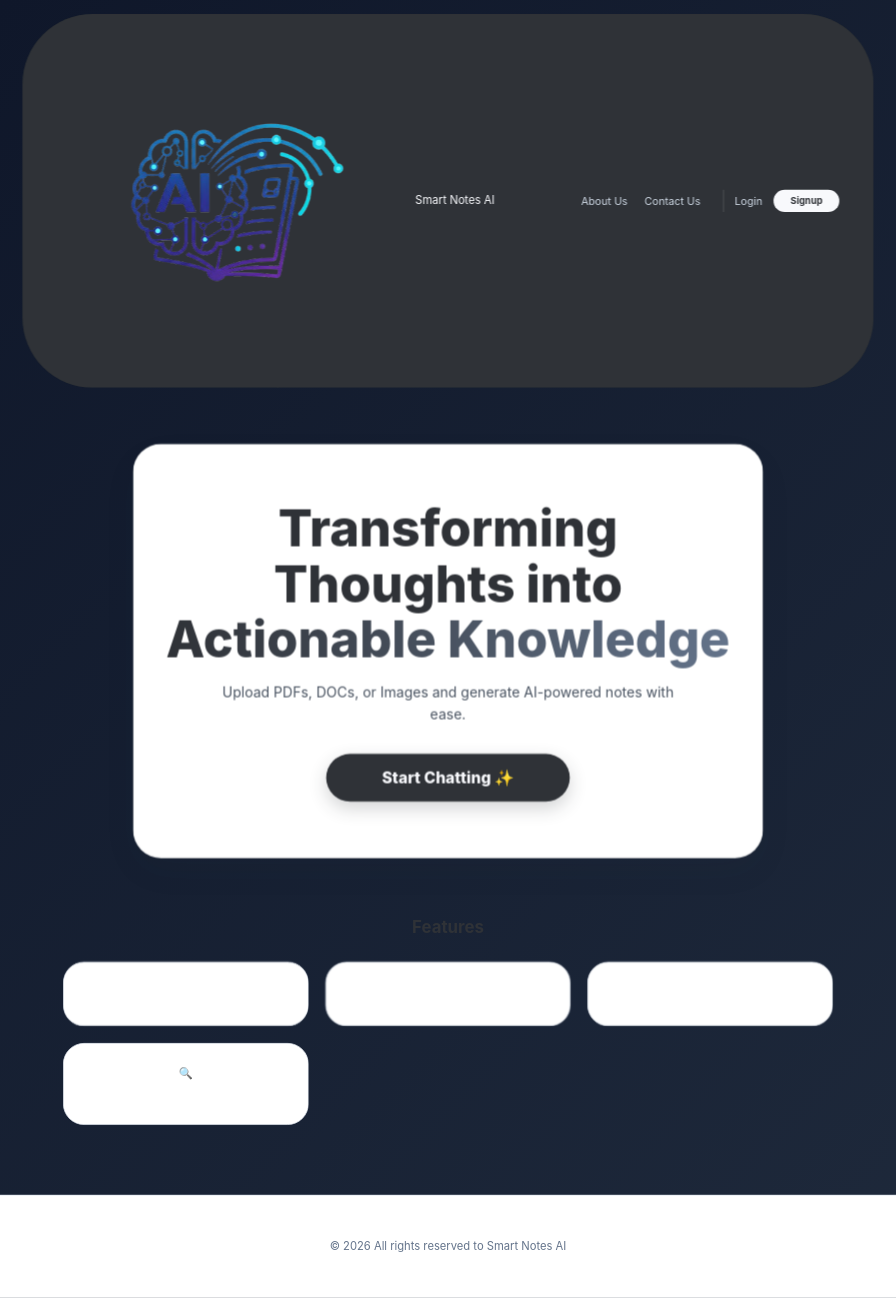
Repository: Nikhilesh-Attal/smart-notes-ai
Page: / (app in frontend/)
These files come from the project's save history. The page is drawn as it stood at one moment and after the next save; the edit follows.
The browser window is 1280 px wide. The pictures show the whole page, at 70% of full size.
The project was rebuilt for these pictures with package versions that can differ from the ones it lists, and the page was loaded fresh each time. Also part of the build but not shown: frontend/vite.config.ts, frontend/src/pages/chat.css, frontend/src/pages/chat.tsx, frontend/src/pages/auth.css, frontend/src/pages/Login.tsx, frontend/src/pages/Signup.tsx, frontend/src/pages/About.tsx.

Above is the page before, as saved 2026-02-24 17:47:09.

### frontend/src/main.tsx
import React from "react";
import ReactDOM from "react-dom/client";
import { BrowserRouter } from "react-router-dom";
import App from "./App";
import "./pages/layout.css";

ReactDOM.createRoot(document.getElementById("root")!).render(
  <BrowserRouter>
    <App />
  </BrowserRouter>
);

### frontend/src/App.tsx
import { BrowserRouter, Routes, Route } from "react-router-dom";
import Home from "./pages/Home";
import Chat from "./pages/chat";
import Login from "./pages/Login";
import Signup from "./pages/Signup";
import About from "./pages/About";

function App() {
  return (

      <Routes>
        <Route path="/" element={<Home />} />
        <Route path="/chat" element={<Chat />} />
        <Route path="/login" element={<Login />} />
        <Route path="/signup" element={<Signup />} />
        <Route path="/about" element={<About />} />
      </Routes>

  );
}

export default App;

### frontend/src/pages/layout.css
* {
  margin: 0;
  padding: 0;
  box-sizing: border-box;
  font-family: 'Inter', sans-serif;
}

body {
  background: linear-gradient(135deg, #0f172a, #1e293b);
  color: white;
}

.app-container {
  display: flex;
  height: 100vh;
}

/* Sidebar */

.sidebar {
  width: 250px;
  background: #111827;
  padding: 20px;
  display: flex;
  flex-direction: column;
}

.sidebar h2 {
  margin-bottom: 20px;
}

.sidebar button {
  background: #10b981;
  border: none;
  padding: 10px;
  border-radius: 6px;
  cursor: pointer;
  margin-bottom: 20px;
}

.sidebar a {
  color: #ccc;
  text-decoration: none;
  margin-top: 10px;
}

.sidebar a:hover {
  color: #10b981;
}

/* Main Chat Area */

.chat-container {
  flex: 1;
  display: flex;
  flex-direction: column;
}

.chat-messages {
  flex: 1;
  padding: 30px;
  overflow-y: auto;
}

.message {
  max-width: 60%;
  padding: 12px;
  border-radius: 10px;
  margin-bottom: 15px;
}

.user {
  background: #10b981;
  align-self: flex-end;
}

.bot {
  background: #1f2937;
}

.chat-input {
  display: flex;
  padding: 15px;
  border-top: 1px solid #333;
}

.chat-input input {
  flex: 1;
  padding: 12px;
  border-radius: 6px;
  border: none;
  margin-right: 10px;
}

.chat-input button {
  padding: 12px 20px;
  border: none;
  border-radius: 6px;
  background: #10b981;
  cursor: pointer;
}

### frontend/src/pages/Home.tsx
import { useNavigate } from "react-router-dom";
// 1. Import the logo from its actual location
import logo from "./AI_smart_Notes_Logo.png";
import "./Home.css";

function Home() {
  const navigate = useNavigate();

  return (
    <div className="home-page-wrapper">
      {/* Header Section */}
      <header className="home-header glass">
        <div className="logo-group">
          {/* Use the imported 'logo' variable here */}
          <img src={logo} alt="Smart Notes AI Logo" className="logo-image" />
          <span className="logo-text">Smart Notes <span className="ai-brand">AI</span></span>
        </div> {/* Correctly closed div instead of </img> */}

        <div className="header-controls">
          <div className="info-nav">
            <button className="nav-link" onClick={() => navigate("/about")}>About Us</button>
            <button className="nav-link" onClick={() => navigate("/ContactUs")}>Contact Us</button>
          </div>

          <div className="header-auth">
            <button className="text-btn" onClick={() => navigate("/login")}>Login</button>
            <button className="primary-btn" onClick={() => navigate("/signup")}>Signup</button>
          </div>
        </div>
      </header>

      {/* Hero Section */}
      <section className="hero-container">
        <div className="hero-content glass neon-glow">
          <h1 className="home-title">
            Transforming Thoughts into <br />
            <span className="gradient-highlight">Actionable Knowledge</span>
          </h1>
          <p className="home-subtitle">
            Upload PDFs, DOCs, or Images and generate AI-powered notes with ease.
          </p>

          <div className="home-buttons">
            <button className="main-cta" onClick={() => navigate("/chat")}>
              Start Chatting ✨
            </button>
          </div>
        </div>
      </section>

      {/* Feature Bento Grid */}
      <section className="bento-section">
        <h2 className="section-label">Features</h2>
        <div className="bento-grid">
          <div className="bento-card glass">
            <div className="visual-box">
               <span className="dot p"></span><span className="dot g"></span>
            </div>
            <h3>Auto-Tagging</h3>
          </div>
          <div className="bento-card glass">
            <div className="visual-box">
              <div className="progress-bar"><div className="progress-fill"></div></div>
            </div>
            <h3>Instant Summary</h3>
          </div>
          <div className="bento-card glass">
            <div className="visual-box">
              <div className="waveform"></div>
            </div>
            <h3>Voice-to-Text</h3>
          </div>
          <div className="bento-card glass">
            <div className="visual-box">
              <span className="search-icon">🔍</span>
            </div>
            <h3>Smart Search</h3>
          </div>
        </div>
      </section>

      {/* Footer Section */}
      <footer className="home-footer">
        <p>© 2026 All rights reserved to Smart Notes AI</p>
      </footer>
    </div>
  );
}

export default Home;

### frontend/src/pages/Home.css
/* Global Reset & Base Theme */
* {
    margin: 0;
    padding: 0;
    box-sizing: border-box;
    font-family: 'Inter', system-ui, -apple-system, sans-serif;
}

body {
    background-color: #f8f9fc; /* Soft Gray Background */
    color: #2f3237;           /* Charcoal Text */
    line-height: 1.6;
}

/* Glassmorphism - Adjusted for Light Theme */
.glass {
    background: rgba(47, 50, 55, 0.03);
    backdrop-filter: blur(12px);
    -webkit-backdrop-filter: blur(12px);
    border: 1px solid rgba(47, 50, 55, 0.1);
}

/* Home Page Layout */
.home-page-wrapper {
    min-height: 100vh;
    display: flex;
    flex-direction: column;
    align-items: center;
}

/* Header Styling - Charcoal Header */
.home-header {
    display: flex;
    justify-content: space-between;
    align-items: center;
    padding: 1rem 3rem;
    margin-top: 20px;
    width: 95%;
    max-width: 1400px;
    background-color: #2f3237; /* Solid Charcoal */
    color: #f8f9fc;           /* Soft Gray text for contrast */
    border-radius: 100px;
    z-index: 1000;
}

.logo-group {
    display: flex;
    align-items: center;
    gap: 12px;
}

.logo-img {
    width: 32px;
    height: 32px;
    object-fit: contain;
    filter: brightness(0) invert(1); /* Makes logo white to match header text */
}

.header-controls {
    display: flex;
    align-items: center;
    gap: 2rem;
}

.info-nav {
    display: flex;
    gap: 1.5rem;
}

.nav-link, .text-btn {
    background: none;
    border: none;
    color: #cbd5e1;
    font-size: 0.95rem;
    cursor: pointer;
    transition: 0.3s;
}

.nav-link:hover, .text-btn:hover {
    color: #f8f9fc;
}

.header-auth {
    display: flex;
    align-items: center;
    gap: 1rem;
    padding-left: 1rem;
    border-left: 1px solid rgba(248, 249, 252, 0.2);
}

.primary-btn {
    background-color: #f8f9fc;
    color: #2f3237;
    padding: 8px 24px;
    border-radius: 50px;
    border: none;
    font-weight: 700;
    cursor: pointer;
    transition: 0.3s;
}

.primary-btn:hover {
    background-color: #ffffff;
    transform: translateY(-1px);
}

/* Hero Content */
.hero-container {
    flex: 1;
    display: flex;
    align-items: center;
    justify-content: center;
    padding: 80px 20px;
}

.hero-content {
    text-align: center;
    padding: 80px 40px;
    border-radius: 40px;
    max-width: 900px;
    background: #ffffff; /* White card for hero section */
    box-shadow: 0 20px 50px rgba(47, 50, 55, 0.05);
}

.home-title {
    font-size: clamp(2.5rem, 6vw, 4.5rem);
    font-weight: 800;
    line-height: 1.1;
    margin-bottom: 20px;
    color: #2f3237;
}

.gradient-highlight {
    background: linear-gradient(90deg, #2f3237, #64748b);
    -webkit-background-clip: text;
    -webkit-text-fill-color: transparent;
}

.home-subtitle {
    font-size: 1.25rem;
    color: #4b5563;
    margin-bottom: 40px;
    max-width: 650px;
    margin-left: auto;
    margin-right: auto;
}

.main-cta {
    padding: 20px 80px;
    font-size: 1.4rem;
    font-weight: 800;
    border: none;
    border-radius: 50px;
    background: #2f3237;
    color: #f8f9fc;
    cursor: pointer;
    box-shadow: 0 10px 25px rgba(47, 50, 55, 0.2);
    transition: 0.3s ease;
}

.main-cta:hover {
    transform: scale(1.02);
    background: #3e4249;
}

/* Bento Grid Styling */
.bento-section {
    width: 90%;
    max-width: 1100px;
    padding-bottom: 100px;
}

.section-label {
    margin-bottom: 30px;
    font-size: 1.5rem;
    font-weight: 700;
    color: #2f3237;
    text-align: center;
}

.bento-grid {
    display: grid;
    grid-template-columns: repeat(auto-fit, minmax(280px, 1fr));
    gap: 24px;
}

.bento-card {
    background: #ffffff;
    border: 1px solid #e2e8f0;
    padding: 30px;
    border-radius: 30px;
    text-align: center;
    transition: 0.3s;
}

.bento-card:hover {
    border-color: #2f3237;
    transform: translateY(-5px);
    box-shadow: 0 10px 30px rgba(0,0,0,0.04);
}

/* Bento Visual Elements - Adjusted Colors */
.dot.p { background: #2f3237; box-shadow: none; }
.dot.g { background: #94a3b8; box-shadow: none; }

.progress-bar { background: #e2e8f0; }
.progress-fill { background: #2f3237; }

.waveform {
    background: repeating-linear-gradient(90deg, #2f3237, #2f3237 2px, transparent 2px, transparent 6px);
}

/* Footer Section */
.home-footer {
    padding: 60px;
    color: #64748b;
    background-color: #ffffff;
    border-top: 1px solid #e2e8f0;
    width: 100%;
    text-align: center;
}

Loaded but not shown: frontend/index.html (common file)

After the next save:
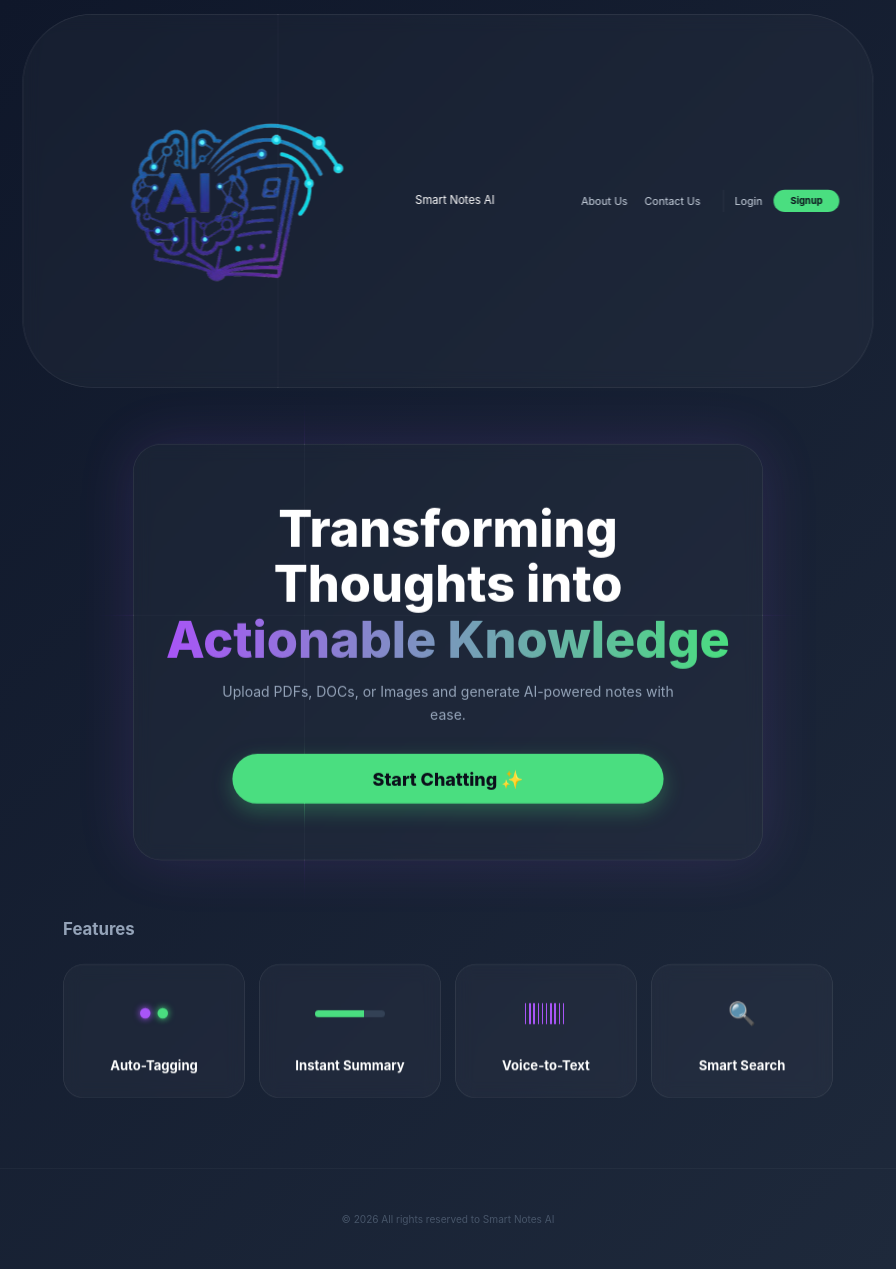
Saved 34 s later.
--- a/frontend/src/pages/Home.css
+++ b/frontend/src/pages/Home.css
@@ -1,3 +1,4 @@
+
 /* Global Reset & Base Theme */
 * {
     margin: 0;
@@ -7,17 +8,17 @@
 }
 
 body {
-    background-color: #f8f9fc; /* Soft Gray Background */
-    color: #2f3237;           /* Charcoal Text */
+    background-color: #0b0f1a;
+    color: #f8f9fc;
     line-height: 1.6;
 }
 
-/* Glassmorphism - Adjusted for Light Theme */
+/* Glassmorphism Utility */
 .glass {
-    background: rgba(47, 50, 55, 0.03);
+    background: rgba(255, 255, 255, 0.03);
     backdrop-filter: blur(12px);
     -webkit-backdrop-filter: blur(12px);
-    border: 1px solid rgba(47, 50, 55, 0.1);
+    border: 1px solid rgba(255, 255, 255, 0.1);
 }
 
 /* Home Page Layout */
@@ -28,17 +29,15 @@
     align-items: center;
 }
 
-/* Header Styling - Charcoal Header */
+/* Header Styling - Max Length & Right Aligned Auth */
 .home-header {
     display: flex;
     justify-content: space-between;
     align-items: center;
     padding: 1rem 3rem;
     margin-top: 20px;
-    width: 95%;
+    width: 95%; /* Maximized length */
     max-width: 1400px;
-    background-color: #2f3237; /* Solid Charcoal */
-    color: #f8f9fc;           /* Soft Gray text for contrast */
     border-radius: 100px;
     z-index: 1000;
 }
@@ -49,11 +48,12 @@
     gap: 12px;
 }
 
-.logo-img {
-    width: 32px;
-    height: 32px;
-    object-fit: contain;
-    filter: brightness(0) invert(1); /* Makes logo white to match header text */
+.logo-glow-icon {
+    width: 28px;
+    height: 28px;
+    background: linear-gradient(135deg, #a855f7, #4ade80);
+    border-radius: 8px;
+    box-shadow: 0 0 15px rgba(168, 85, 247, 0.4);
 }
 
 .header-controls {
@@ -77,7 +77,7 @@
 }
 
 .nav-link:hover, .text-btn:hover {
-    color: #f8f9fc;
+    color: #4ade80;
 }
 
 .header-auth {
@@ -85,12 +85,12 @@
     align-items: center;
     gap: 1rem;
     padding-left: 1rem;
-    border-left: 1px solid rgba(248, 249, 252, 0.2);
+    border-left: 1px solid rgba(255, 255, 255, 0.1);
 }
 
 .primary-btn {
-    background-color: #f8f9fc;
-    color: #2f3237;
+    background-color: #4ade80;
+    color: #0b0f1a;
     padding: 8px 24px;
     border-radius: 50px;
     border: none;
@@ -100,7 +100,7 @@
 }
 
 .primary-btn:hover {
-    background-color: #ffffff;
+    background-color: #38c16a;
     transform: translateY(-1px);
 }
 
@@ -118,8 +118,7 @@
     padding: 80px 40px;
     border-radius: 40px;
     max-width: 900px;
-    background: #ffffff; /* White card for hero section */
-    box-shadow: 0 20px 50px rgba(47, 50, 55, 0.05);
+    box-shadow: 0 0 80px rgba(168, 85, 247, 0.15);
 }
 
 .home-title {
@@ -127,18 +126,18 @@
     font-weight: 800;
     line-height: 1.1;
     margin-bottom: 20px;
-    color: #2f3237;
+    color: #ffffff;
 }
 
 .gradient-highlight {
-    background: linear-gradient(90deg, #2f3237, #64748b);
+    background: linear-gradient(90deg, #a855f7, #4ade80);
     -webkit-background-clip: text;
     -webkit-text-fill-color: transparent;
 }
 
 .home-subtitle {
     font-size: 1.25rem;
-    color: #4b5563;
+    color: #94a3b8;
     margin-bottom: 40px;
     max-width: 650px;
     margin-left: auto;
@@ -146,21 +145,20 @@
 }
 
 .main-cta {
-    padding: 20px 80px;
-    font-size: 1.4rem;
+    padding: 20px 200px;
+    font-size: 1.6rem;
     font-weight: 800;
     border: none;
     border-radius: 50px;
-    background: #2f3237;
-    color: #f8f9fc;
+    background: #4ade80;
+    color: #0b0f1a;
     cursor: pointer;
-    box-shadow: 0 10px 25px rgba(47, 50, 55, 0.2);
+    box-shadow: 0 10px 30px rgba(74, 222, 128, 0.3);
     transition: 0.3s ease;
 }
 
 .main-cta:hover {
-    transform: scale(1.02);
-    background: #3e4249;
+    transform: scale(1.05);
 }
 
 /* Bento Grid Styling */
@@ -173,20 +171,16 @@
 .section-label {
     margin-bottom: 30px;
     font-size: 1.5rem;
-    font-weight: 700;
-    color: #2f3237;
-    text-align: center;
+    color: #94a3b8;
 }
 
 .bento-grid {
     display: grid;
-    grid-template-columns: repeat(auto-fit, minmax(280px, 1fr));
-    gap: 24px;
+    grid-template-columns: repeat(auto-fit, minmax(240px, 1fr));
+    gap: 20px;
 }
 
 .bento-card {
-    background: #ffffff;
-    border: 1px solid #e2e8f0;
     padding: 30px;
     border-radius: 30px;
     text-align: center;
@@ -194,28 +188,40 @@
 }
 
 .bento-card:hover {
-    border-color: #2f3237;
+    border-color: #a855f7;
     transform: translateY(-5px);
-    box-shadow: 0 10px 30px rgba(0,0,0,0.04);
-}
-
-/* Bento Visual Elements - Adjusted Colors */
-.dot.p { background: #2f3237; box-shadow: none; }
-.dot.g { background: #94a3b8; box-shadow: none; }
-
-.progress-bar { background: #e2e8f0; }
-.progress-fill { background: #2f3237; }
+}
+
+.visual-box {
+    height: 80px;
+    margin-bottom: 20px;
+    display: flex;
+    align-items: center;
+    justify-content: center;
+}
+
+/* Bento Visual Elements */
+.dot { width: 15px; height: 15px; border-radius: 50%; margin: 5px; }
+.dot.p { background: #a855f7; box-shadow: 0 0 10px #a855f7; }
+.dot.g { background: #4ade80; box-shadow: 0 0 10px #4ade80; }
+
+.progress-bar { width: 100px; height: 10px; background: #334155; border-radius: 10px; overflow: hidden; }
+.progress-fill { width: 70%; height: 100%; background: #4ade80; }
 
 .waveform {
-    background: repeating-linear-gradient(90deg, #2f3237, #2f3237 2px, transparent 2px, transparent 6px);
-}
+    width: 60px;
+    height: 30px;
+    background: repeating-linear-gradient(90deg, #a855f7, #a855f7 2px, transparent 2px, transparent 6px);
+}
+
+.search-icon { font-size: 2rem; }
 
 /* Footer Section */
 .home-footer {
     padding: 60px;
-    color: #64748b;
-    background-color: #ffffff;
-    border-top: 1px solid #e2e8f0;
+    color: #475569;
+    font-size: 0.9rem;
+    border-top: 1px solid rgba(255, 255, 255, 0.05);
     width: 100%;
     text-align: center;
 }
